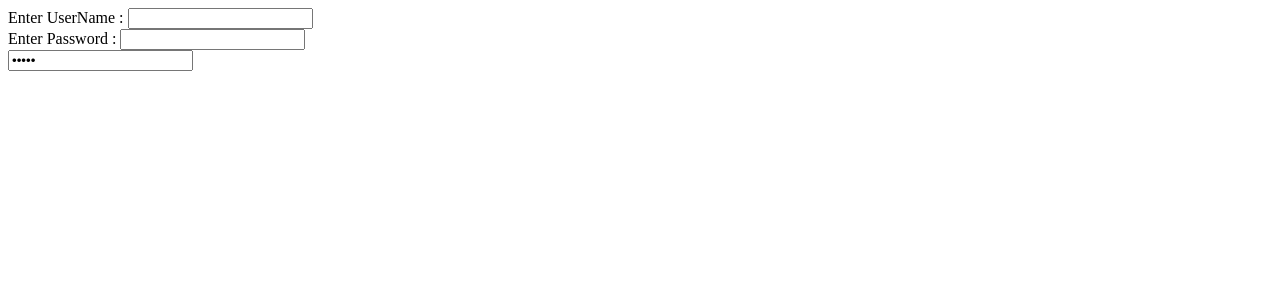
Repository: Devanshujatav/Servlet-JSP
Page: http://localhost/login_page/login.jsp
These files come from the project's save history. The page is drawn as it stood at one moment and after the next save; the edit follows.
The browser window is 1280 px wide. The pictures show the whole page.
The page is served by Tomcat 10.

Above is the page before, as saved 2025-08-14 01:55:47.

After the next save:
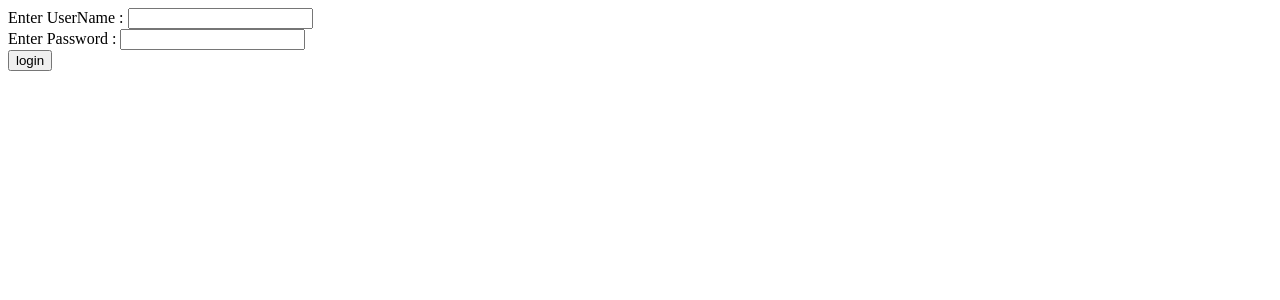
Saved 32 s later.
--- a/login_page/src/main/webapp/login.jsp
+++ b/login_page/src/main/webapp/login.jsp
@@ -9,8 +9,8 @@
 <body>
 	<form action="Login">
 		Enter UserName : <input type="text" name="uname"><br>
-		Enter Password : <input type="text" name="pass"><br>
-		<input type="password" value="login">
+		Enter Password : <input type="password" name="pass"><br>
+		<input type="submit" value="login">
 	</form>
 </body>
 </html>
